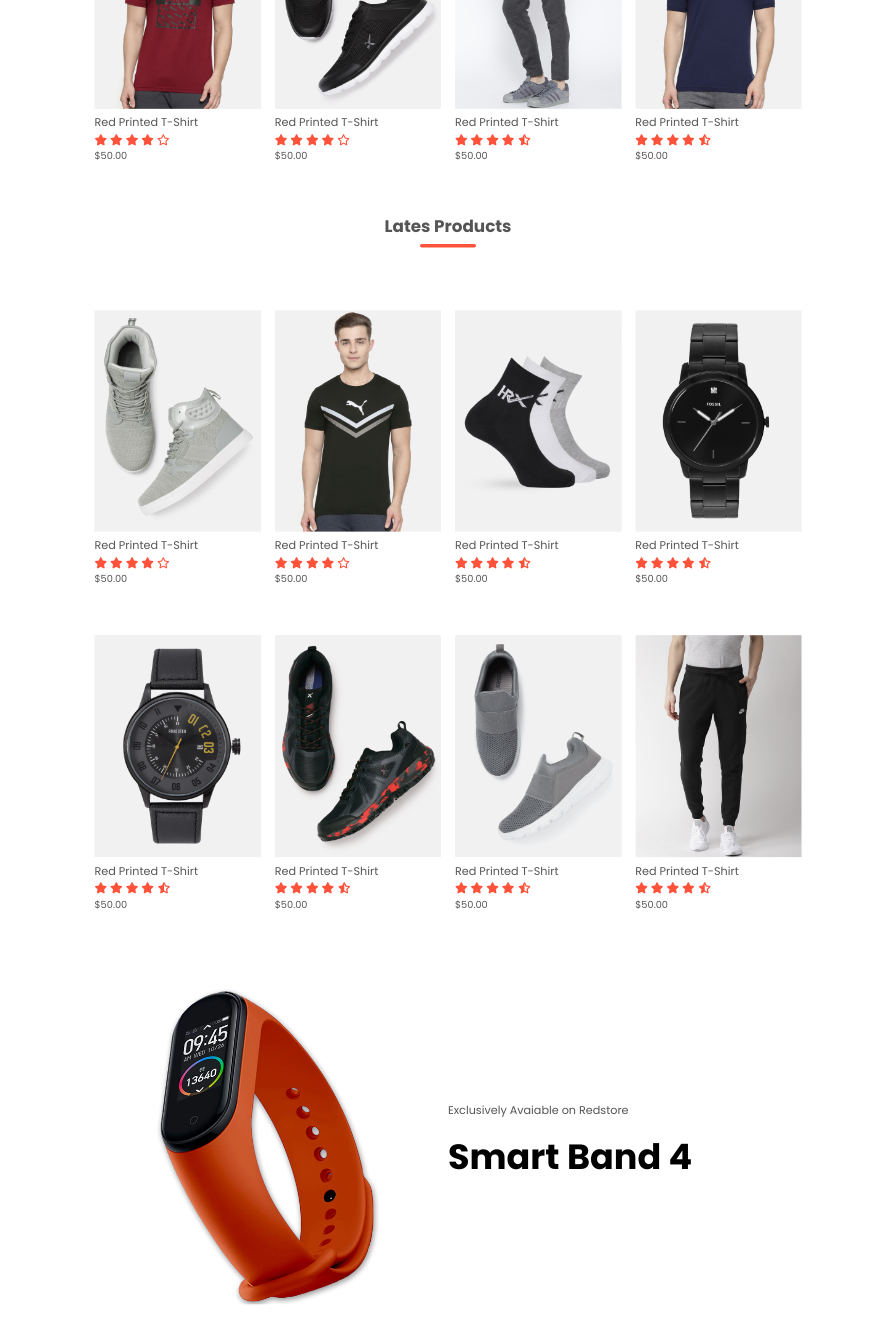
Repository: datvu1608/redsportstore
Page: index.html
These files come from the project's save history. The page is drawn as it stood at one moment and after a run of saves; the edit follows.
The browser window is 1280 px wide. The pictures show the part of the page from y = 1619 to 3539 px (the page is 3539 px tall), at 70% of full size.

Above is the page before, as saved 2023-11-22 23:50:07.

After the next 3 saves:
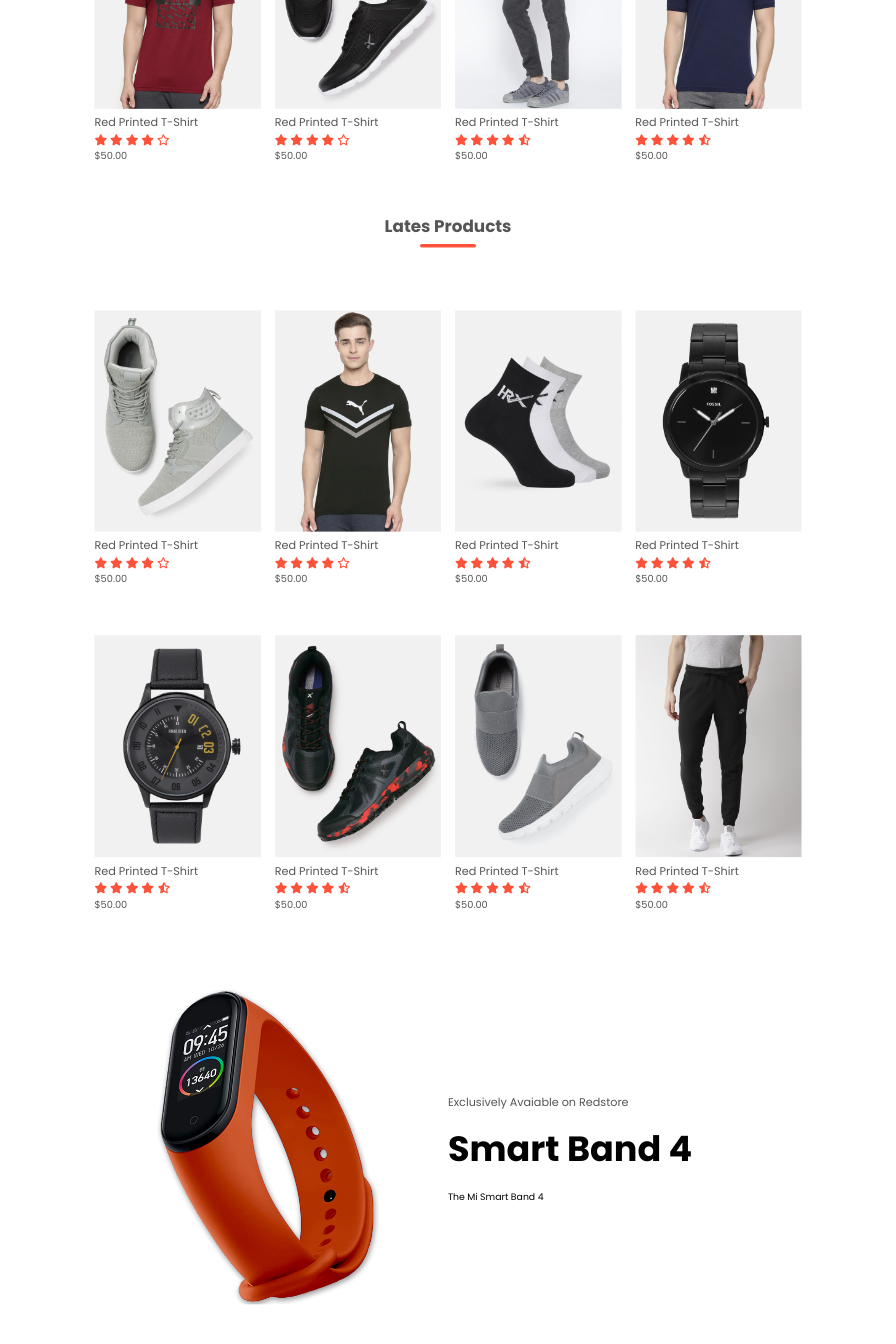
The 3 saves are shown as one change because they came seconds apart.
The last was saved 11 s later.
--- a/index.html
+++ b/index.html
@@ -241,7 +241,7 @@
           <div class="col-2">
             <p>Exclusively Avaiable on Redstore</p>
             <h1>Smart Band 4</h1>
-            <small></small>
+            <small>The Mi Smart Band 4 </small>
           </div>
         </div>
       </div>
